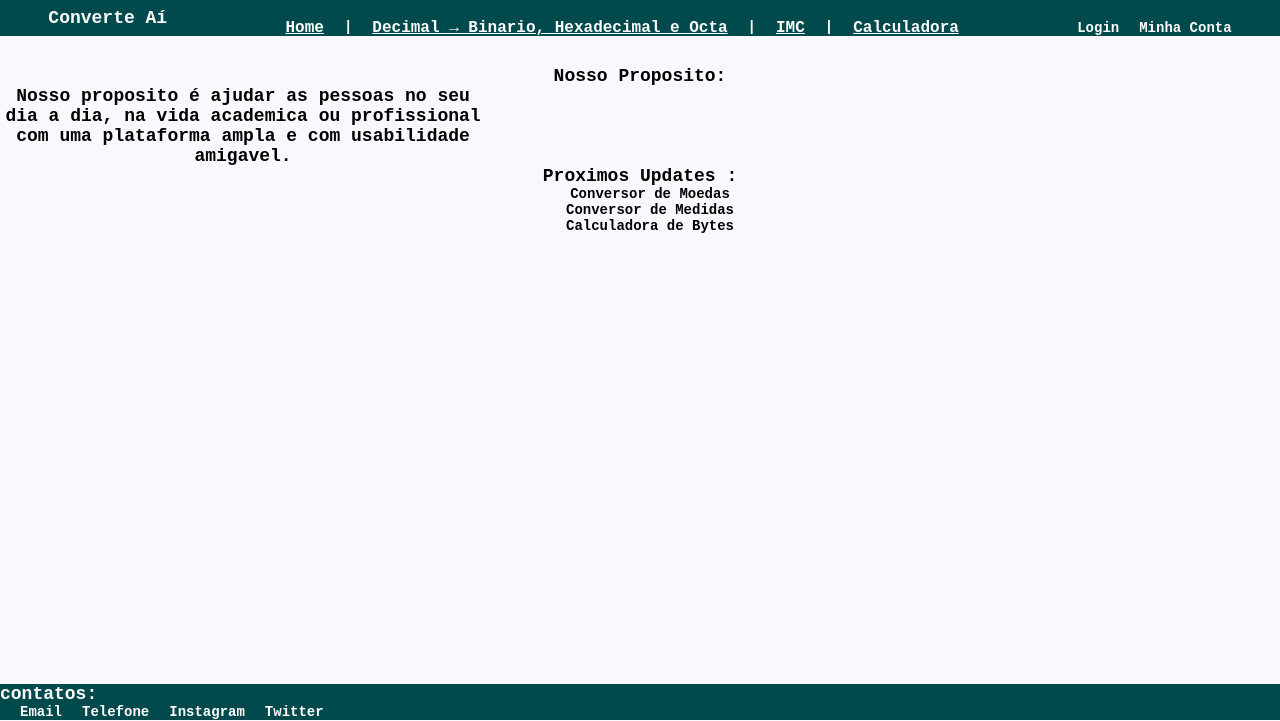
Repository: Frav1u/converteai
Page: ConverteAi/src/main/webapp/home.html
The author's editor kept a copy of each file at every save. The page is drawn from the files as they stood at one save, then again after the next save.
The browser window is 1280 px wide. The pictures show the whole page.
Some web fonts or font styles are not loaded; a fallback is used.

Above is the page before, as saved 2023-10-01 00:53:04.

After the next save:
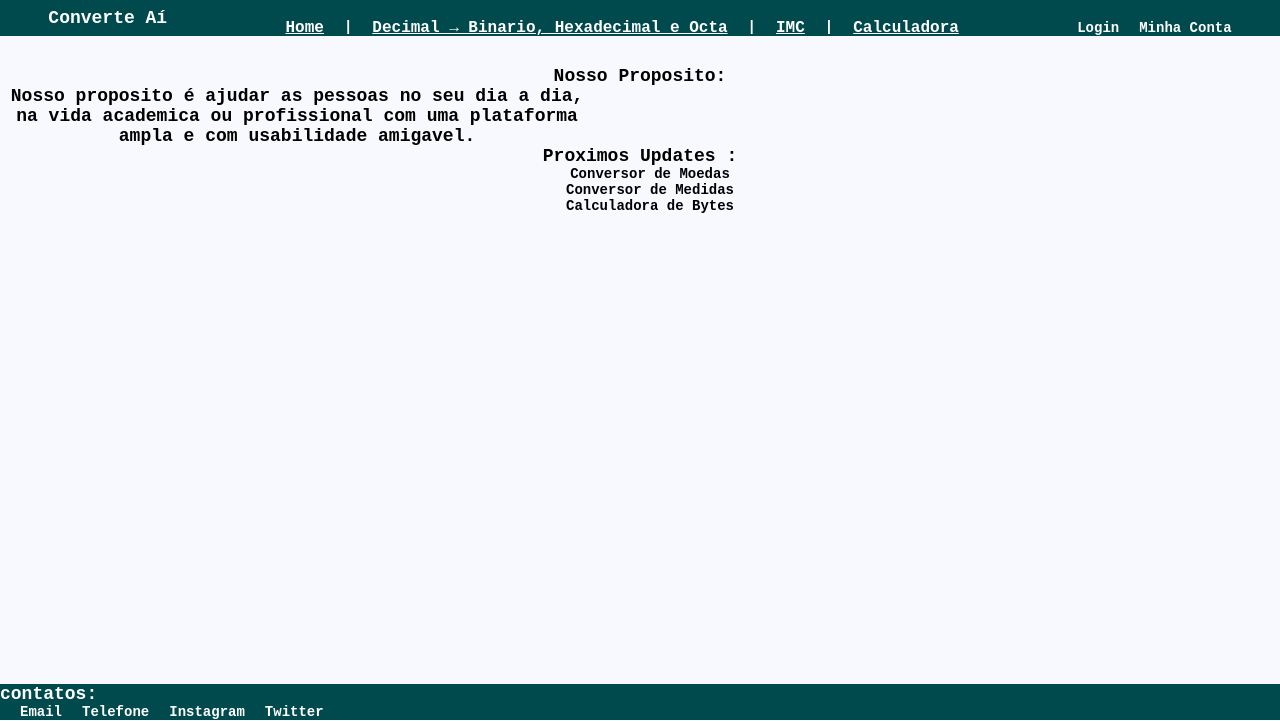
Saved 25 s later.
--- a/ConverteAi/src/main/webapp/stylehome.css
+++ b/ConverteAi/src/main/webapp/stylehome.css
@@ -44,7 +44,7 @@ footer{
 
 }
 .proposito{
-	width: 45ch;
+	width: 55ch;
 
 }
 
